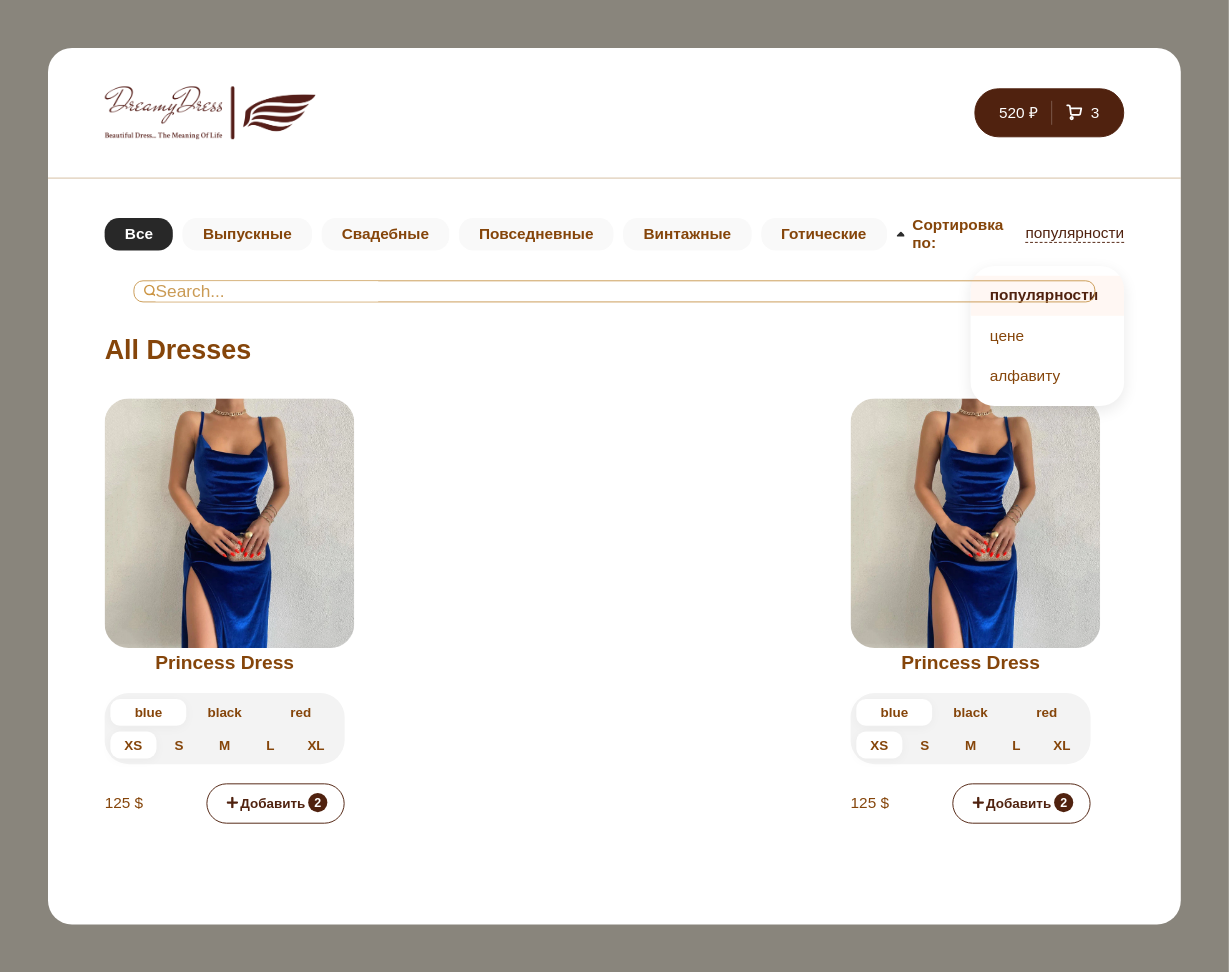
Repository: DisasterWoman/SPA-shop
Page: /
These files come from the project's save history. The page is drawn as it stood at one moment and after a run of saves; the edit follows.
The browser window is 1280 px wide. The pictures show the whole page, at 96% of full size.
Some web fonts or font styles are not loaded; a fallback is used. The project was rebuilt for these pictures with package versions that can differ from the ones it lists, and the page was loaded fresh each time.

Above is the page before, as saved 2022-11-29 17:30:24.

After the next 2 saves:
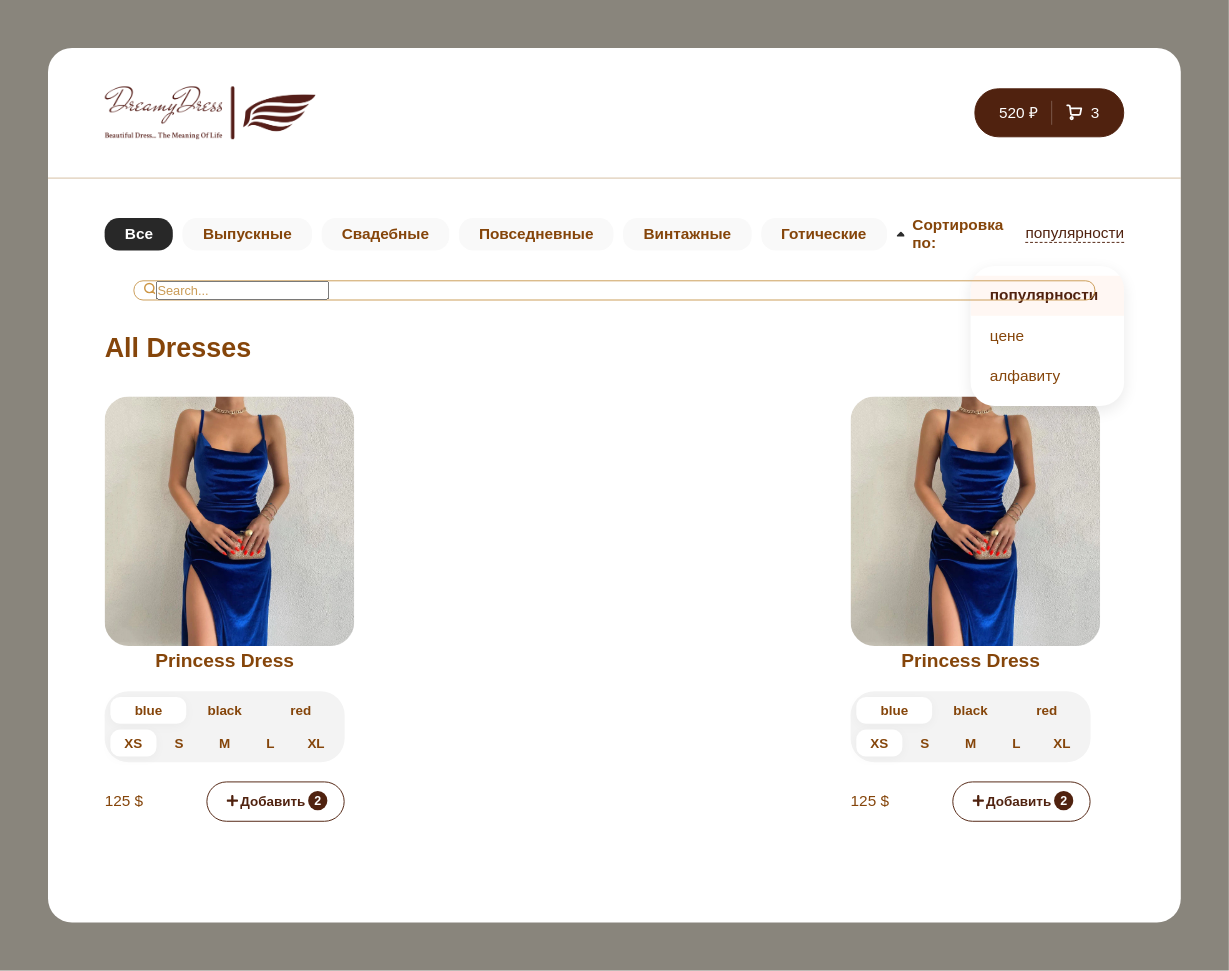
The 2 saves are shown as one change because they came seconds apart.
The last was saved 6 s later.
--- a/src/components/SearchBar/_searchBar.scss
+++ b/src/components/SearchBar/_searchBar.scss
@@ -4,7 +4,7 @@
   border-radius: 10px;
   padding: 0 10px;
   position: relative;
-
+  &__
   input{
     font-size: 18px;
     outline-offset: 0;

After the save that followed:
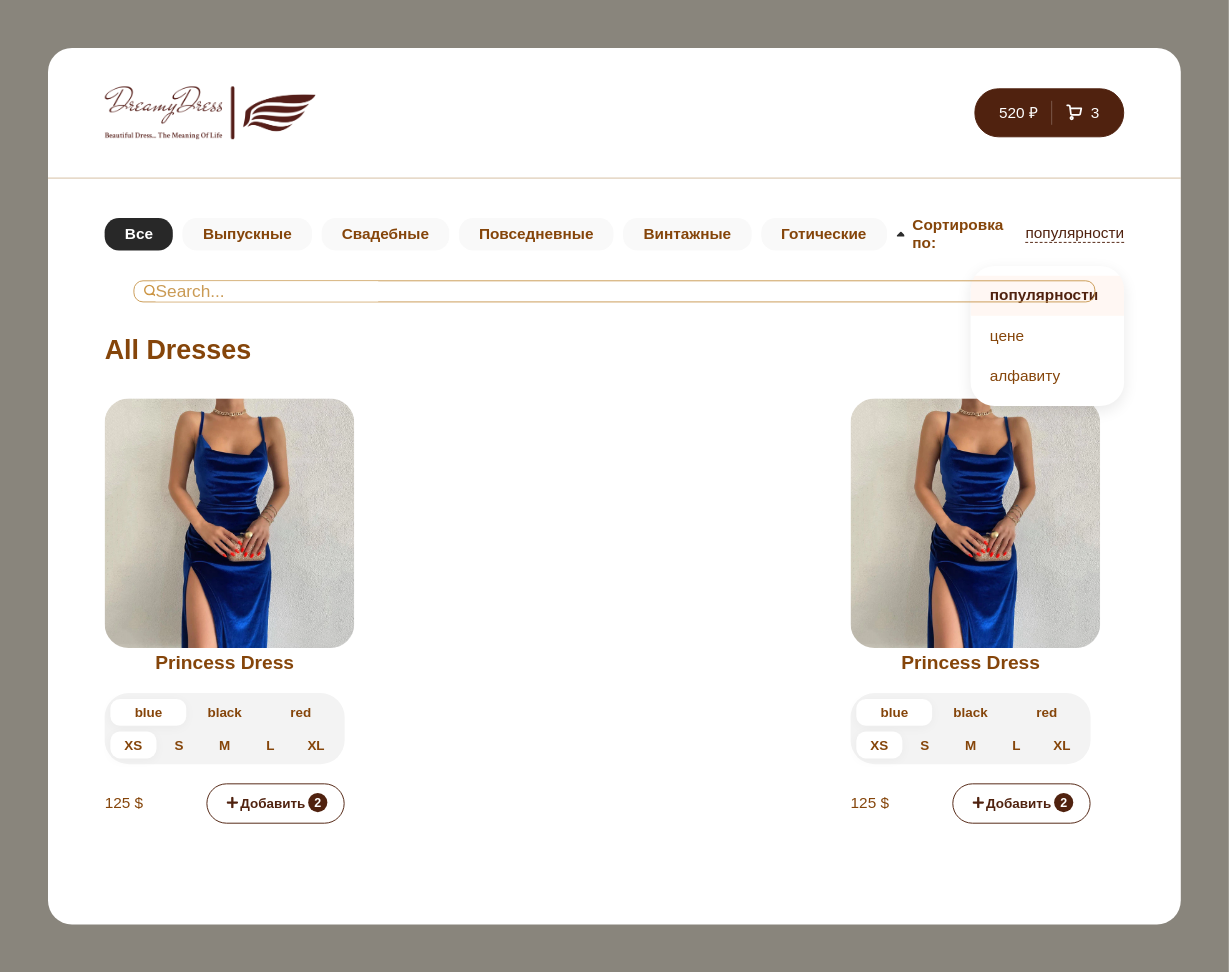
Saved 18 s later.
--- a/src/components/SearchBar/_searchBar.scss
+++ b/src/components/SearchBar/_searchBar.scss
@@ -4,7 +4,9 @@
   border-radius: 10px;
   padding: 0 10px;
   position: relative;
-  &__
+  &__icon{
+
+  }
   input{
     font-size: 18px;
     outline-offset: 0;
